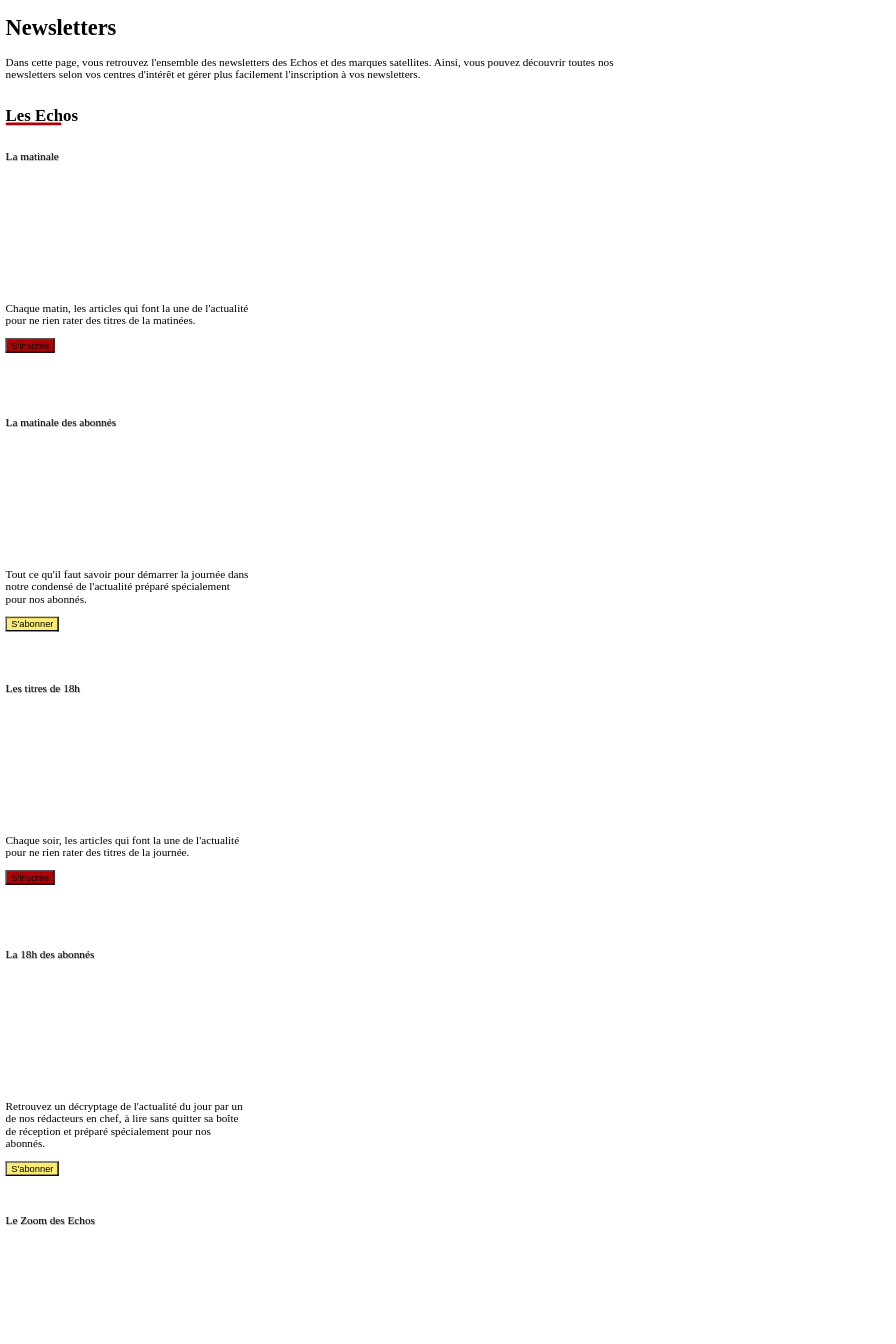
Repository: JeremyBeherec/technical-test-les-echos
Page: /
An editor plug-in stored every save of this project. The page is shown before and after the next save, followed by the edit.
The browser window is 1280 px wide. The pictures show the part of the page from y = 0 to 1920 px (the page is 3694 px tall before and 3630 px after), at 70% of full size.
The project was rebuilt for these pictures with package versions that can differ from the ones it lists, and the page was loaded fresh each time. Also part of the build but not shown: vite.config.ts.

Above is the page before, as saved 2024-04-17 16:44:19.

### index.html
<!doctype html>
<html lang="en">
  <head>
    <meta charset="UTF-8" />
    <link rel="icon" href="/icon.png" />
    <meta name="viewport" content="width=device-width, initial-scale=1.0" />
    <title>Les Echos Newsletters</title>
  </head>
  <body>
    <div id="root"></div>
    <script type="module" src="/src/main.tsx"></script>
  </body>
</html>

### src/main.tsx
import React from 'react';
import ReactDOM from 'react-dom/client';
import 'tailwindcss/tailwind.css';

import { Router } from './Router.tsx';
import './index.css';

ReactDOM.createRoot(document.getElementById('root')!).render(
  <React.StrictMode>
    <Router />
  </React.StrictMode>,
);

### src/Router.tsx
import { BrowserRouter, Routes, Route, Navigate } from 'react-router-dom';

import { Newsletters } from './components/pages/Newsletters';

export const Router = () => {
  return (
    <BrowserRouter>
      <Routes>
        {/** since there is no "home page" in this test, redirect the root path to the newsletters */}
        <Route path="/" element={<Navigate to="/newsletters" />} />
        <Route path="/newsletters" element={<Newsletters />} />
      </Routes>
    </BrowserRouter>
  );
}

### src/index.css
:root {
  --accent-main: #b00005;
  --accent-secondary: #faec70;
}

### src/components/pages/Newsletters/index.ts
export * from './Newsletters';

### src/components/pages/Newsletters/Newsletters.tsx
import { Article } from '~/components/molecules/Article';
import { lesEchos, investments } from '~/data/newsletters';

import { Header } from './Header';
import './Newsletters.css';

export const Newsletters = () => {
  return (
    <div className="flex justify-center">
      <div className="flex flex-col gap-4 container p-4">
        <Header />

        <main className="flex flex-col gap-12">
          <section className="flex flex-col gap-6">
            <h2 className="text-xl font-bold uppercase text-with-border pb-4">Les Echos</h2>

            <div className="flex gap-8 flex-wrap justify-around">
              {lesEchos.map(newsletter => (
                <Article
                  key={newsletter.id}
                  title={newsletter.title}
                  description={newsletter.description}
                  note={newsletter.note}
                  accessType={newsletter.accessType}
                />
              ))}
            </div>
          </section>

          <section className="flex flex-col gap-6">
            <h2 className="text-xl font-bold uppercase text-with-border pb-4">Investir</h2>

            <div className="flex gap-4 flex-wrap justify-around">
              {investments.map(newsletter => (
                <Article
                  key={newsletter.id}
                  title={newsletter.title}
                  description={newsletter.description}
                  note={newsletter.note}
                  accessType={newsletter.accessType}
                />
              ))}
            </div>
          </section>
        </main>
      </div>
    </div>
  );
}

### src/data/newsletters.ts
import type { Newsletter } from '~/types';

export const lesEchos: Newsletter[] = [
  {
    id: 1,
    title: 'La matinale',
    description: 'Chaque matin, les articles qui font la une de l\'actualité pour ne rien rater des titres de la matinées.',
    accessType: 'register',
  },
  {
    id: 2,
    title: 'La matinale des abonnés',
    description: 'Tout ce qu\'il faut savoir pour démarrer la journée dans notre condensé de l\'actualité préparé spécialement pour nos abonnés.',
    accessType: 'subscription',
  },
  {
    id: 3,
    title: 'Les titres de 18h',
    description: 'Chaque soir, les articles qui font la une de l\'actualité pour ne rien rater des titres de la journée.',
    accessType: 'register',
  },
  {
    id: 4,
    title: 'La 18h des abonnés',
    description: 'Retrouvez un décryptage de l\'actualité du jour par un de nos rédacteurs en chef, à lire sans quitter sa boîte de réception et préparé spécialement pour nos abonnés.',
    accessType: 'subscription',
  },
  {
    id: 5,
    title: 'Le Zoom des Echos',
    description: 'Recevez un focus sur LE sujet d\'actualité du moment. Une sélection d\'articles à ne pas manquer pour mieux comprendre.',
    accessType: 'register',
  },
  {
    id: 6,
    title: 'Votre journal à 21h30',
    description: 'Recevez votre journal en version numérique dès 21h30 la veille de sa parution.',
    note: 'Réservé aux abonnés Entreprises et Pro',
    accessType: 'subscription',
  },
];

export const investments: Newsletter[] = [
  {
    id: 1,
    title: 'Enquête de la semaine',
    description: 'Chaque semaine, les enquêtes de la Rédaction sur une valeur, un secteur ou un événement marché pour améliorer votre connaissance du marché.',
    accessType: 'public',
  },
  {
    id: 2,
    title: 'Placements',
    description: 'Immobilier, assurance-vie, fiscalité... tous les conseils de la Rédaction pour vous aider à faire les meilleurs placements.',
    accessType: 'public',
  },
  {
    id: 3,
    title: 'Morning mail',
    description: 'Les dernières informations marchés et valeurs à connaitre avant l\'ouverture de la séance pour faciliter vos arbitrages.',
    accessType: 'public',
  },
];

### src/components/pages/Newsletters/Newsletters.css
.container {
  width: 95%;
}

/* desktop */
@media (min-width: 1201px) {
  .container {
    width: 70%;
  }
}

/* desktop */
@media (min-width: 1901px) {
  .container {
    width: 60%;
  }
}

.text-with-border {
  display: inline-block;
  position: relative;
  height: 150%;
}

.text-with-border::after {
  content: "";
  position: absolute;
  bottom: 0;
  left: 0;
  width: 80px;
  height: 4px;
  background-color: var(--accent-main);
  border-radius: 6px;
}

### src/components/molecules/Article/Article.tsx
import { tv } from 'tailwind-variants';

import type { NewsletterAccessType } from '~/types';

import './Article.css';

const button = tv({
  base: 'px-8 py-2 rounded-full font-bold text-sm',
  variants: {
    accessType: {
      register: 'text-white register-button',
      subscription: 'text-black subscription-button',
    },
  },
});

const buttonText = {
  register: 'S\'inscrire',
  subscription: 'S\'abonner',
};

export const Article = ({ title, description, note, accessType }: ArticleProps) => {
  return (
    <article className="flex flex-col justify-between article">
      <div className="flex flex-col gap-4">
        <div className="bg-gray-300 flex justify-center items-center thumbnail-wrapper">
          <p className="text-white text-3xl font-bold text-center">{title}</p>
        </div>

        <div className="flex flex-col justify-center">
          <p className="text-center text-wrap">{description}</p>
          <strong className="text-center text-wrap">{note}</strong>
        </div>
      </div>

      {accessType !== 'public' && (
        <div className="flex justify-center">
          <button className={button({ accessType })}>{buttonText[accessType]}</button>
        </div>
      )}
    </article>
  );
}

export interface ArticleProps {
  title: string;
  description: string;
  note?: string;
  accessType: NewsletterAccessType;
}

### src/components/pages/Newsletters/Header/Header.tsx
export const Header = () => {
  return (
    <header className="bg-gray-100 text-center py-6 px-4 rounded-xl">
      <h1 className="text-3xl font-bold uppercase mb-4">Newsletters</h1>

      <p>Dans cette page, vous retrouvez l'ensemble des newsletters des Echos et des marques satellites. Ainsi, vous pouvez découvrir toutes nos newsletters selon vos centres d'intérêt et gérer plus facilement l'inscription à vos newsletters.</p>
    </header>
  );
}

### src/components/molecules/Article/Article.css
.article {
  width: 350px;
  height: 364px;
}

.thumbnail-wrapper {
  height: 200px;
}

.thumbnail-wrapper p {
  text-shadow: 1px 1px 1px #0006;
}

.register-button {
  background-color: var(--accent-main);
}

.subscription-button {
  background-color: var(--accent-secondary);
}

### src/components/atoms/Heading/Heading.tsx
import { tv } from 'tailwind-variants';

const heading = tv({
  base: 'font-bold uppercase mb-4',
  variants: {
    heading: {
      h1: 'text-3xl',
      h2: 'text-xl',
    },
  },
});

export const Heading = ({ variant, className, children, ...rest }: TypographyProps) => {
  const HtmlHeading = variant;

  <HtmlHeading
    {...rest}
    className={heading({ heading: variant, className })}
  >
    {children}
  </HtmlHeading>
}

export interface TypographyProps extends React.DetailedHTMLProps<React.HTMLAttributes<HTMLHeadingElement>, HTMLHeadingElement> {
  variant: 'h1' | 'h2';
}

Loaded but not shown: src/components/molecules/Article/index.ts (common file); src/components/pages/Newsletters/Header/index.ts (common file); src/components/atoms/Heading/index.ts (common file)

After the next save:
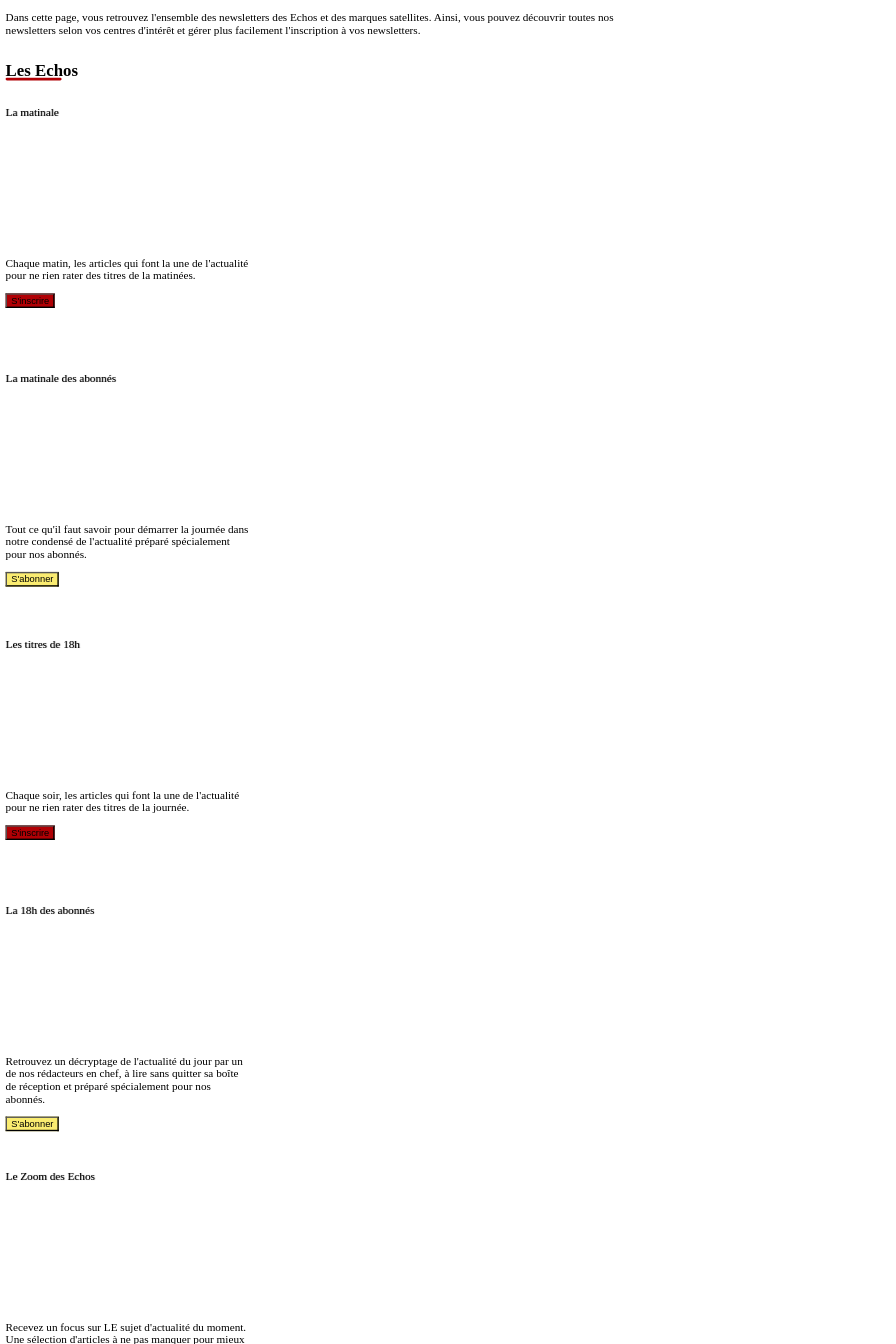
Saved 31 s later.
--- a/src/components/pages/Newsletters/Header/Header.tsx
+++ b/src/components/pages/Newsletters/Header/Header.tsx
@@ -1,7 +1,9 @@
+import { Heading } from '~/components/atoms/Heading'
+
 export const Header = () => {
   return (
     <header className="bg-gray-100 text-center py-6 px-4 rounded-xl">
-      <h1 className="text-3xl font-bold uppercase mb-4">Newsletters</h1>
+      <Heading variant="h1">Newsletters</Heading>
 
       <p>Dans cette page, vous retrouvez l'ensemble des newsletters des Echos et des marques satellites. Ainsi, vous pouvez découvrir toutes nos newsletters selon vos centres d'intérêt et gérer plus facilement l'inscription à vos newsletters.</p>
     </header>

After the 2 saves that followed:
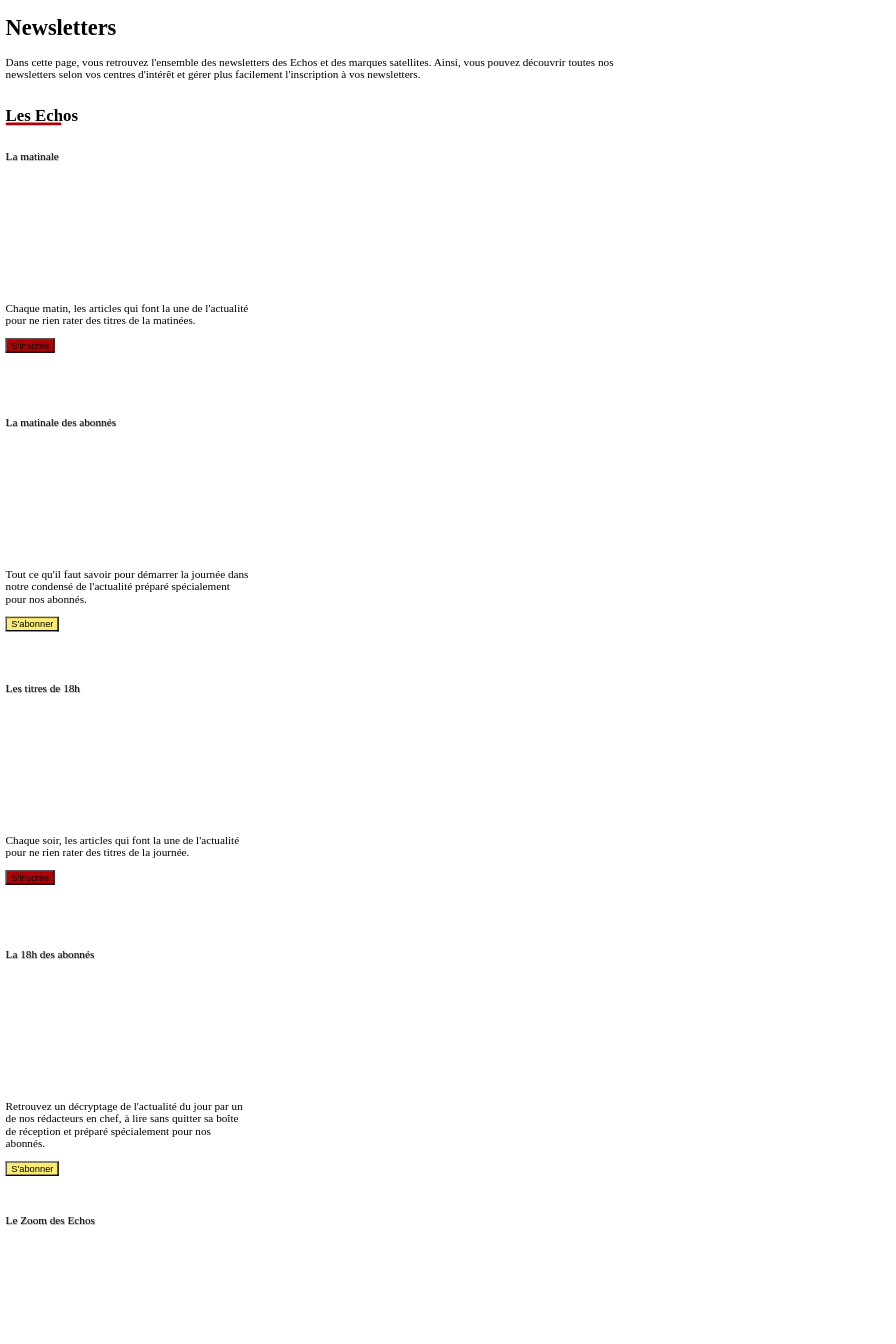
The 2 saves are shown as one change because 1 left the picture as it was.
The last was saved 32 s later.
--- a/src/components/atoms/Heading/Heading.tsx
+++ b/src/components/atoms/Heading/Heading.tsx
@@ -10,17 +10,19 @@
   },
 });
 
-export const Heading = ({ variant, className, children, ...rest }: TypographyProps) => {
+export const Heading = ({ variant, className, children, ...rest }: HeadingProps) => {
   const HtmlHeading = variant;
 
-  <HtmlHeading
-    {...rest}
-    className={heading({ heading: variant, className })}
-  >
-    {children}
-  </HtmlHeading>
+  return (
+    <HtmlHeading
+      {...rest}
+      className={heading({ heading: variant, className })}
+    >
+      {children}
+    </HtmlHeading>
+  );
 }
 
-export interface TypographyProps extends React.DetailedHTMLProps<React.HTMLAttributes<HTMLHeadingElement>, HTMLHeadingElement> {
+export interface HeadingProps extends React.DetailedHTMLProps<React.HTMLAttributes<HTMLHeadingElement>, HTMLHeadingElement> {
   variant: 'h1' | 'h2';
 }
